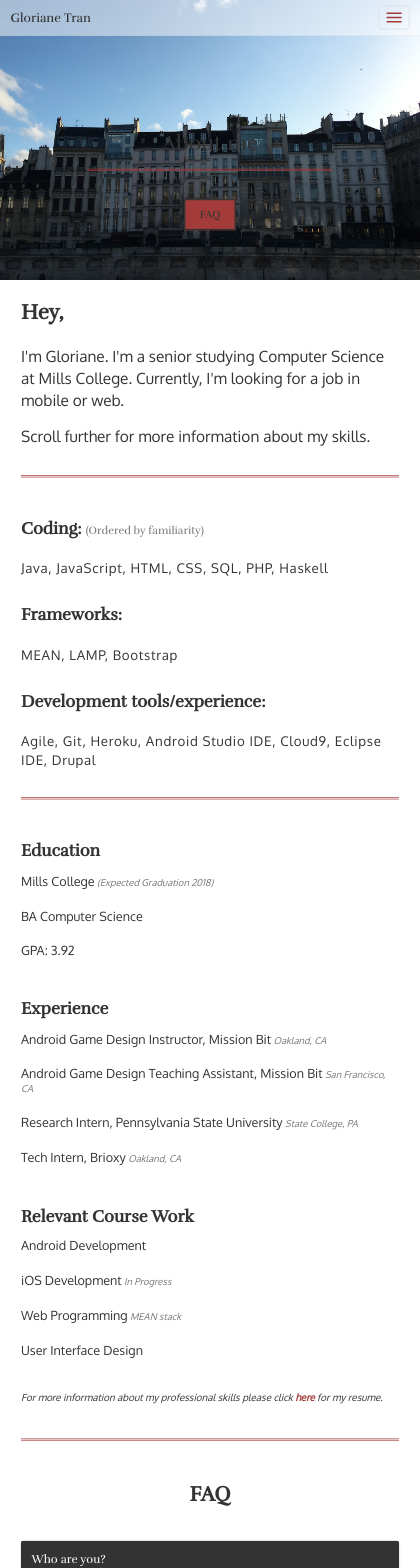
Repository: glorianetran/gloriane-web
Page: http://localhost/about
The author's editor kept a record of every edit. The page is drawn from the files as they stood at one moment, then again after the next edit.
The browser window is 600 px wide. The pictures show the part of the page from y = 0 to 2240 px (the page is 2624 px tall), at 70% of full size.
Some web libraries are served in a nearby version. The page is served by the project's Node server (app.js).

Above is the page before.

After the next edit:
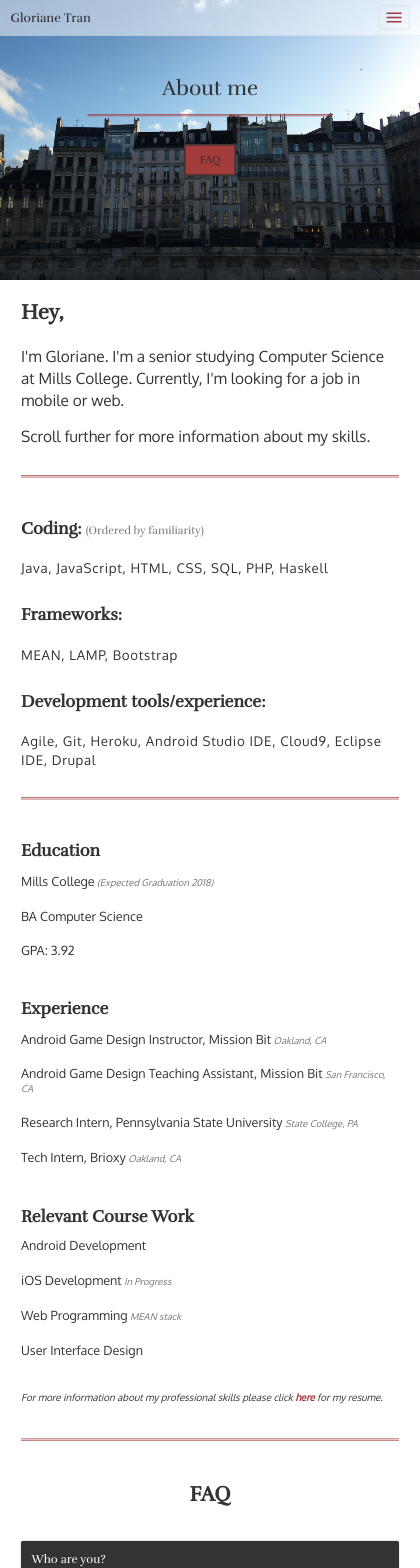
The edit:
--- a/public/stylesheets/about.css
+++ b/public/stylesheets/about.css
@@ -152,7 +152,7 @@
         margin: 30px 30px;
     }
     .jumbotron {
-        padding: 28% 0px;
+        padding: 15% 0px;
     }
     .button {
         background: #A33B3B;
